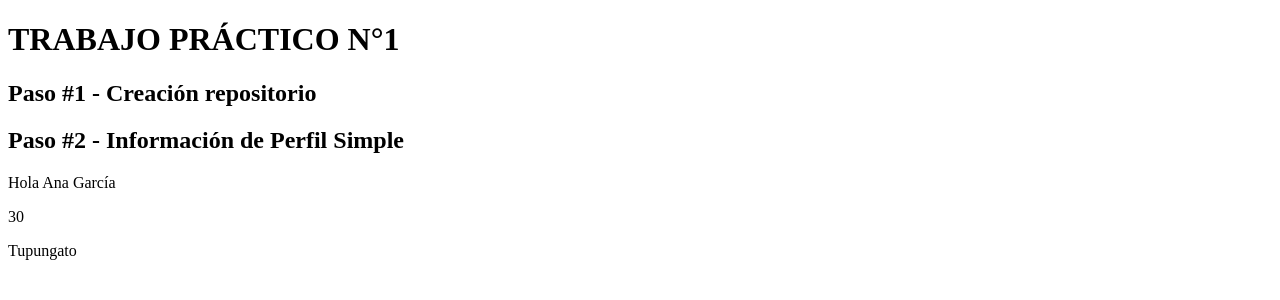
Repository: SofiaSferco/PWA
Page: practico01/index.html
These files come from the project's save history. The page is drawn as it stood at one moment and after the next save; the edit follows.
The browser window is 1280 px wide. The pictures show the whole page.

Above is the page before, as saved 2025-10-02 21:57:39.

### practico01/index.html
<!DOCTYPE html>
<html lang="en">
<head>
    <meta charset="UTF-8">
    <title>Trabajo Práctico 1</title>
    <script src="https://unpkg.com/vue@3/dist/vue.global.js"></script>
</head>
<body>
    <div id="app">
        <h1>TRABAJO PRÁCTICO N°1</h1>
        <h2>Paso #1 - Creación repositorio</h2>
        <h2>{{ segundopaso }}</h2>
        <p>Hola {{ nombre }}</p>
        <p>{{ edad }}</p>
        <p>{{ ciudad }}</p>
    </div>
    <script>
        const { createApp } = Vue;
        createApp({
            data() {
                return {
                    segundopaso: 'Paso #2 - Información de Perfil Simple',
                    nombre: 'Ana García',
                    edad: 30,
                    ciudad: 'Tupungato'
                }
            }
        }).mount('#app');
    </script>
</body>
</html>

After the next save:
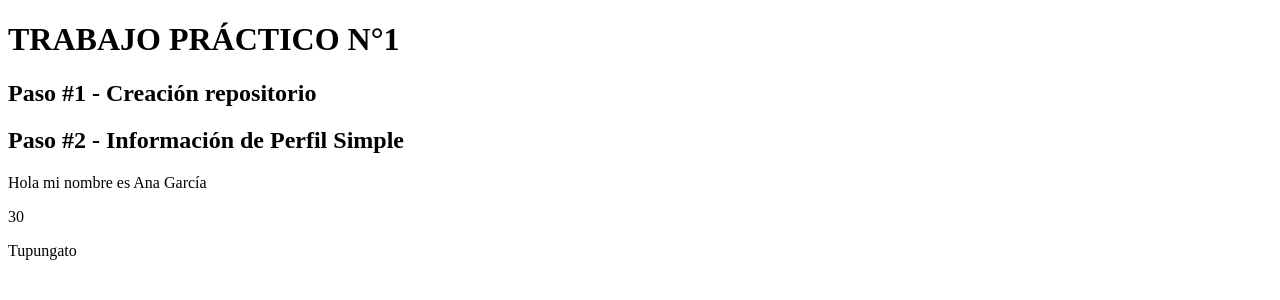
Saved 6 s later.
--- a/practico01/index.html
+++ b/practico01/index.html
@@ -10,7 +10,7 @@
         <h1>TRABAJO PRÁCTICO N°1</h1>
         <h2>Paso #1 - Creación repositorio</h2>
         <h2>{{ segundopaso }}</h2>
-        <p>Hola {{ nombre }}</p>
+        <p>Hola mi nombre es {{ nombre }}</p>
         <p>{{ edad }}</p>
         <p>{{ ciudad }}</p>
     </div>
